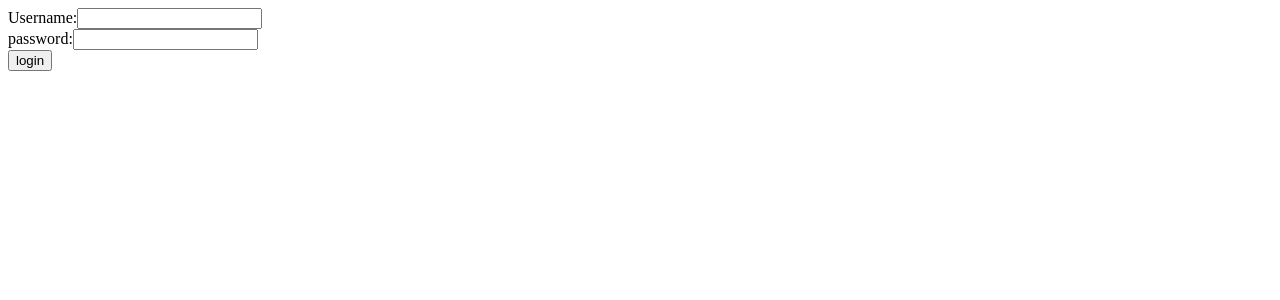
Repository: anil1581994/SpringBasicProgram
Page: http://localhost/MvcLoginRegistration/login
These files come from the project's save history. The page is drawn as it stood at one moment and after the next save; the edit follows.
The browser window is 1280 px wide. The pictures show the whole page.
The page is served by Tomcat 9. Other server files are loaded and not shown.

Above is the page before, as saved 2018-02-15 10:26:29.

### MvcLoginRegistration/src/main/webapp/WEB-INF/jsp/login.jsp
<%@ taglib prefix="form" uri="http://www.springframework.org/tags/form"%>
<%@ page language="java" contentType="text/html; charset=ISO-8859-1"
	pageEncoding="ISO-8859-1"%>
<!DOCTYPE html PUBLIC "-//W3C//DTD HTML 4.01 Transitional//EN" "http://www.w3.org/TR/html4/loose.dtd">
<html>
<head>
<meta http-equiv="Content-Type" content="text/html; charset=ISO-8859-1">
<title>Login</title>
</head>
<body>
	<form action="loginProcess" method="post" modelAttribute="login">
		Username:<input type="username" name="username"><br>
		password:<input type="password" name=password><br>
		<input type="submit" value="login">

	</form>
</body>
</html>

After the next save:
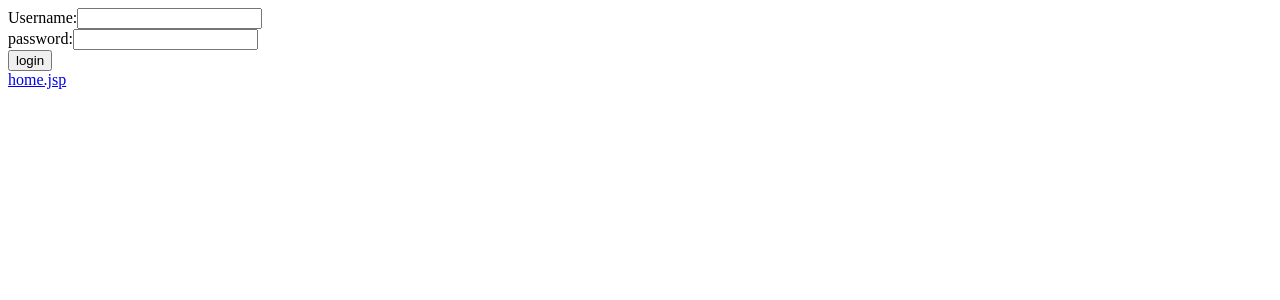
Saved 69 s later.
--- a/MvcLoginRegistration/src/main/webapp/WEB-INF/jsp/login.jsp
+++ b/MvcLoginRegistration/src/main/webapp/WEB-INF/jsp/login.jsp
@@ -14,5 +14,6 @@
 		<input type="submit" value="login">
 
 	</form>
+	<a href="home.jsp">home.jsp</a>
 </body>
 </html>
